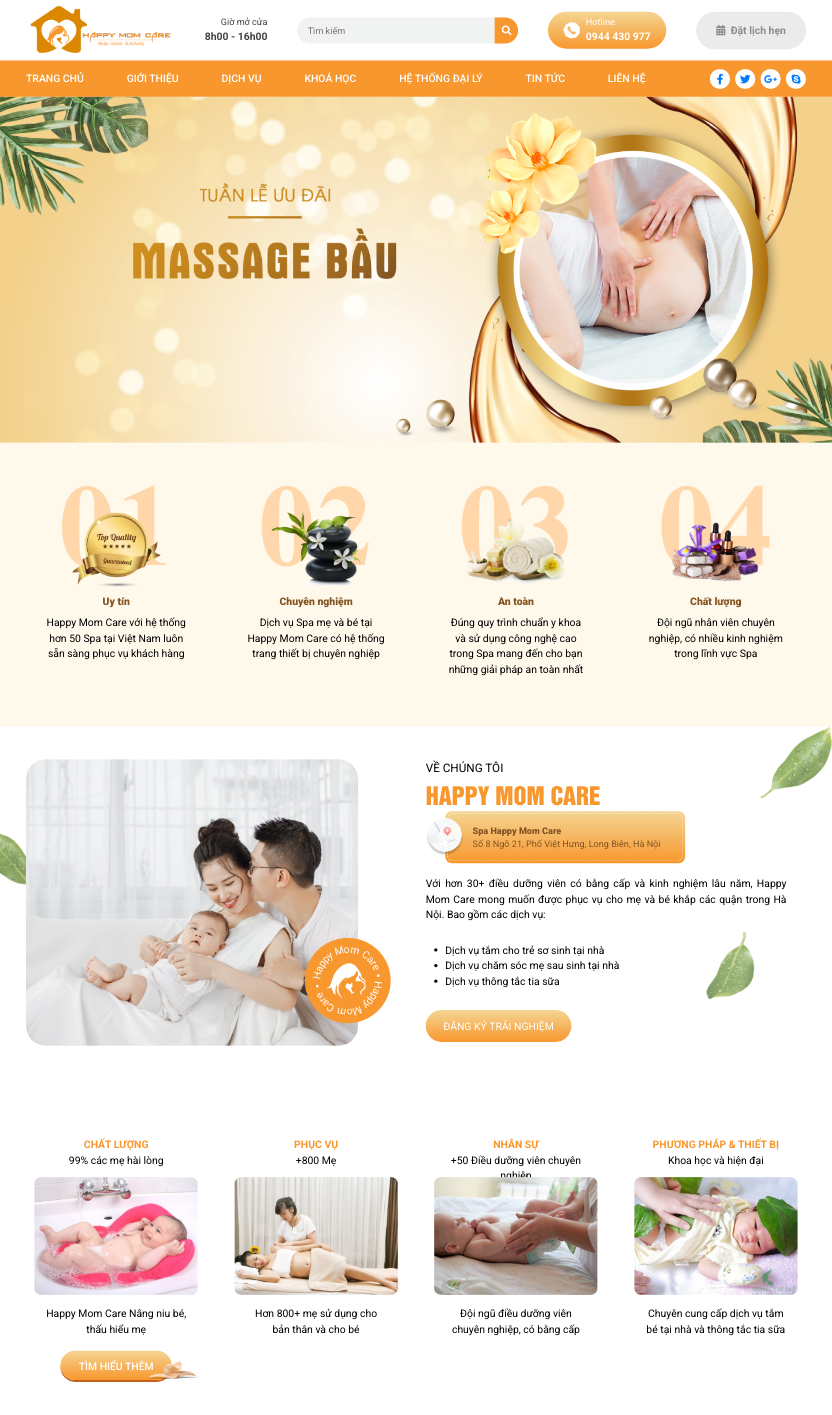
Repository: haianh12082001/happymom
Page: index.html
The author's editor kept a copy of each file at every save. The page is drawn from the files as they stood at one save, then again after the next save.
The browser window is 1280 px wide. The pictures show the whole page, at 65% of full size.
Some web libraries are served in a nearby version. The style sheet was rebuilt from its Sass, Less or Tailwind sources for each picture, by a compiler version that may differ from the author's.

Above is the page before, as saved 2021-11-16 08:45:02.

### index.html
<!DOCTYPE html>
<html lang="en">
    <head>
        <meta charset="UTF-8" />
        <meta http-equiv="X-UA-Compatible" content="IE=edge" />
        <meta name="viewport" content="width=device-width, initial-scale=1.0" />
        <title>Document</title>
        <link href="https://fonts.googleapis.com/css2?family=Roboto:wght@300;400;500;700;900&display=swap" rel="stylesheet" />
        <link rel="stylesheet" href="./assets/fonts/fontawesome-free-5.15.3/css/all.min.css" />
        <link
            rel="stylesheet"
            href="https://cdn.jsdelivr.net/npm/bootstrap@4.6.0/dist/css/bootstrap.min.css"
            integrity="sha384-B0vP5xmATw1+K9KRQjQERJvTumQW0nPEzvF6L/Z6nronJ3oUOFUFpCjEUQouq2+l"
            crossorigin="anonymous"
        />
        <link rel="stylesheet" href="./assets/css/app.css" />
    </head>
    <body>
        <div class="topbar">
            <div class="topbar__container container">
                <div class="topbar__logo">
                    <img src="./assets/img/logo.png" alt="" />
                </div>
                <div class="topbar__openTime">
                    <div class="openTime__text">Giờ mở cửa</div>
                    <div class="openTime__time">8h00 - 16h00</div>
                </div>
                <div class="topbar__seach">
                    <input type="text" name="" id="" placeholder="Tìm kiếm" />
                    <button class="button__seach">
                        <i class="fas fa-search r"></i>
                    </button>
                </div>
                <div class="topbar__hotline">
                    <div class="hotline__icon">
                        <img src="./assets/img/icon__phone.png" alt="" />
                    </div>
                    <div class="hotline__text">
                        <p class="hotline__text--top">Hotline:</p>
                        <p class="hotline__text--bottom">0944 430 977</p>
                    </div>
                </div>
                <div class="topbar__book">
                    <div class="book__icon">
                        <i class="fas fa-calendar-alt"></i>
                    </div>
                    <p class="book__text">Đặt lịch hẹn</p>
                </div>
            </div>
        </div>
        <header class="header">
            <div class="header__container container">
                <ul class="header__list">
                    <li class="header__item">
                        <a href="#" class="header__link">Trang chủ</a>
                    </li>
                    <li class="header__item">
                        <a href="#" class="header__link">Giới thiệu</a>
                    </li>
                    <li class="header__item">
                        <a href="#" class="header__link">Dịch vụ</a>
                    </li>
                    <li class="header__item">
                        <a href="#" class="header__link">Khoá học</a>
                    </li>
                    <li class="header__item">
                        <a href="#" class="header__link">Hệ thống đại lý</a>
                    </li>
                    <li class="header__item">
                        <a href="#" class="header__link">Tin tức</a>
                    </li>
                    <li class="header__item">
                        <a href="#" class="header__link">Liên hệ</a>
                    </li>
                </ul>
                <ul class="header__social">
                    <li>
                        <a href="#">
                            <i class="fab fa-facebook-f"></i>
                        </a>
                    </li>
                    <li>
                        <a href="#">
                            <i class="fab fa-twitter"></i>
                        </a>
                    </li>
                    <li>
                        <a href="#">
                            <i class="fab fa-google-plus-g"></i>
                        </a>
                    </li>
                    <li>
                        <a href="#">
                            <i class="fab fa-skype"></i>
                        </a>
                    </li>
                </ul>
            </div>
        </header>
        <section class="banner">
            <div class="banner__content">
                <div class="banner__img">
                    <img src="./assets/img/banner/Rectangle 28.png" alt="" />
                </div>
                <!-- <div class="banner__phone">
                    <div class="icon">
                        <i class="fas fa-phone-alt"></i>
                    </div>
                    <div class="text">0944 430 977</div>
                </div> -->
            </div>
        </section>
        <section class="bannerAdv">
            <div class="bannerAdv__container container">
                <div class="row">
                    <div class="bannerAdv__item col-lg-3">
                        <div class="bannerAdv__item--top">
                            <div class="text">01</div>
                            <img src="./assets/img/bannerAdv/pngwing 6.png" alt="" />
                        </div>
                        <div class="bannerAdv__item--bottom">
                            <div class="name">Uy tín</div>
                            <p class="des">Happy Mom Care với hệ thống hơn 50 Spa tại Việt Nam luôn sẵn sàng phục vụ khách hàng</p>
                        </div>
                    </div>
                    <div class="bannerAdv__item col-lg-3">
                        <div class="bannerAdv__item--top">
                            <div class="text">02</div>
                            <img src="./assets/img/bannerAdv/pngwing 8.png" alt="" />
                        </div>
                        <div class="bannerAdv__item--bottom">
                            <div class="name">Chuyên nghiệm</div>
                            <p class="des">Dịch vụ Spa mẹ và bé tại Happy Mom Care có hệ thống trang thiết bị chuyên nghiệp</p>
                        </div>
                    </div>
                    <div class="bannerAdv__item col-lg-3">
                        <div class="bannerAdv__item--top">
                            <div class="text">03</div>
                            <img src="./assets/img/bannerAdv/pngwing 9.png" alt="" />
                        </div>
                        <div class="bannerAdv__item--bottom">
                            <div class="name">An toàn</div>
                            <p class="des">Đúng quy trình chuẩn y khoa và sử dụng công nghệ cao trong Spa mang đến cho bạn những giải pháp an toàn nhất</p>
                        </div>
                    </div>
                    <div class="bannerAdv__item col-lg-3">
                        <div class="bannerAdv__item--top">
                            <div class="text">04</div>
                            <img src="./assets/img/bannerAdv/pngwing 10.png" alt="" />
                        </div>
                        <div class="bannerAdv__item--bottom">
                            <div class="name">Chất lượng</div>
                            <p class="des">Đội ngũ nhân viên chuyên nghiệp, có nhiều kinh nghiệm trong lĩnh vực Spa</p>
                        </div>
                    </div>
                </div>
            </div>
        </section>
        <section class="introduce">
            <div class="introduce__container container">
                <div class="row">
                    <div class="col-lg-6">
                        <div class="introduce__img">
                            <img src="./assets/img/Rectangle 33.png" alt="" />
                        </div>
                    </div>
                    <div class="col-lg-6">
                        <div class="introduce__heading">Về chúng tôi</div>
                        <div class="introduce__name">Happy mom care</div>
                        <div class="introduce__address">
                            <div class="introduce__address--img">
                                <img src="./assets/img/Ellipse 29.png" alt="" />
                            </div>
                            <div class="introduce__address--text">
                                <p>Spa Happy Mom Care</p>
                                <span>Số 8 Ngõ 21, Phố Việt Hưng, Long Biên, Hà Nội</span>
                            </div>
                        </div>
                        <div class="introduce__text">
                            <p>
                                Với hơn 30+ điều dưỡng viên có bằng cấp và kinh nghiệm lâu năm, Happy Mom Care mong muốn được phục vụ cho mẹ và bé khắp các quận
                                trong Hà Nội. Bao gồm các dịch vụ:
                            </p>
                            <ul class="text__list">
                                <li>Dịch vụ tắm cho trẻ sơ sinh tại nhà</li>
                                <li>Dịch vụ chăm sóc mẹ sau sinh tại nhà</li>
                                <li>Dịch vụ thông tắc tia sữa</li>
                            </ul>
                        </div>
                        <div class="introduce__btn">
                            <a href="">Đăng ký trải nghiệm</a>
                        </div>
                    </div>
                </div>
            </div>
        </section>
        <section class="blog">
            <div class="blog__container container">
                <div class="row">
                    <div class="blog__item col-lg-3">
                        <div class="blog__name">Chất lượng</div>
                        <div class="blog__subname">99% các mẹ hài lòng</div>
                        <div class="blog__img">
                            <img src="./assets/img/blog/Rectangle 35 (3).png" alt="" />
                        </div>
                        <div class="blog__des">Happy Mom Care Nâng niu bé, thấu hiểu mẹ</div>
                        <div class="blog__btn btn">
                            <a href="">Tìm hiểu thêm</a>
                            <img class="blog__btn--img" src="./assets/img/blog/plant 1.png" alt="" />
                        </div>
                    </div>
                    <div class="blog__item col-lg-3">
                        <div class="blog__name">Phục vụ</div>
                        <div class="blog__subname">+800 Mẹ</div>
                        <div class="blog__img">
                            <img src="./assets/img/blog/Rectangle 35 (4).png" alt="" />
                        </div>
                        <div class="blog__des">Hơn 800+ mẹ sử dụng cho bản thân và cho bé</div>
                    </div>
                    <div class="blog__item col-lg-3">
                        <div class="blog__name">Nhân sự</div>
                        <div class="blog__subname">+50 Điều dưỡng viên chuyên nghiệp</div>
                        <div class="blog__img">
                            <img src="./assets/img/blog/Rectangle 35 (5).png" alt="" />
                        </div>
                        <div class="blog__des">Đội ngũ điều dưỡng viên chuyên nghiệp, có bằng cấp</div>
                    </div>
                    <div class="blog__item col-lg-3">
                        <div class="blog__name">PHƯƠNG PHÁP & THIẾT BỊ</div>
                        <div class="blog__subname">Khoa học và hiện đại</div>
                        <div class="blog__img">
                            <img src="./assets/img/blog/Rectangle 35 (6).png" alt="" />
                        </div>
                        <div class="blog__des">Chuyên cung cấp dịch vụ tắm bé tại nhà và thông tắc tia sữa</div>
                    </div>
                </div>
            </div>
        </section>
        <script type="text/javascript" src="https://code.jquery.com/jquery-1.11.0.min.js"></script>
        <script type="text/javascript" src="https://code.jquery.com/jquery-migrate-1.2.1.min.js"></script>
        <script
            src="https://cdnjs.cloudflare.com/ajax/libs/bootstrap/4.6.0/js/bootstrap.min.js"
            integrity="sha512-XKa9Hemdy1Ui3KSGgJdgMyYlUg1gM+QhL6cnlyTe2qzMCYm4nAZ1PsVerQzTTXzonUR+dmswHqgJPuwCq1MaAg=="
            crossorigin="anonymous"
            referrerpolicy="no-referrer"
        ></script>
        <script type="text/javascript" src="https://cdn.jsdelivr.net/npm/slick-carousel@1.8.1/slick/slick.min.js"></script>
        <script src="./assets/js/main.js"></script>
    </body>
</html>

### assets/sass/app.scss
@import "variables";
@import "reset";
@import "global";
@import "topbar";
@import "header";
@import "banner";
@import "bannerAdv";
@import "introduce";
@import "blog";

### assets/sass/_variables.scss
$font-family: "Roboto", sans-serif;
$color-global: #f8972e;
$text-color: #000000;

### assets/sass/_reset.scss
html {
    box-sizing: border-box;
    scroll-behavior: smooth;
}
* {
    margin: 0;
    padding: 0;
}
*,
*:before,
*:after {
    box-sizing: border-box;
}
input,
textarea,
select,
button {
    outline: none;
}
input {
    line-height: normal;
    outline: none;
    box-shadow: none;
}
input:focus {
    outline: 0;
    border: none;
    box-shadow: none;
}
ul,
li {
    margin: 0;
    padding: 0;
    list-style: none;
}
label,
button {
    cursor: pointer;
}
a {
    text-decoration: none;
    &:hover {
        text-decoration: none;
    }
}
img {
    display: block;
    max-width: 100%;
}

### assets/sass/_global.scss
@font-face {
    font-family: "UTM";
    font-display: swap;
    src: url("../fonts/word/UTM\ HelvetIns.ttf") format("truetype");
}
@font-face {
    font-family: "Time";
    font-display: swap;
    src: url("../fonts/word/timesbd.ttf") format("truetype");
}
body {
    font-family: $font-family;
    margin: 0;
    padding: 0;
    width: 100%;
    font-size: 16px;
    color: $text-color;
}
.container {
    max-width: 1230px;
    margin: 0 auto;
    padding: 0 15px;
}

### assets/sass/_topbar.scss
.topbar {
    height: 93px;
    display: flex;
    align-items: center;
    &__container {
        display: flex;
        align-items: center;
        justify-content: space-between;
    }
    &__logo {
        img {
            max-width: 229px;
            max-height: 84px;
            object-fit: cover;
        }
    }
    &__openTime {
        color: #424242;
        text-align: right;
        .openTime__text {
            font-size: 14px;
            font-weight: 400;
        }
        .openTime__time {
            font-weight: 700;
        }
    }
    &__seach {
        position: relative;
        input {
            width: 340px;
            max-width: 340px;
            background: #f1f2f2;
            padding: 12px 16px;
            font-size: 14px;
            color: #7f808c;
            border: none;
            border-radius: 101px;
        }
        .button__seach {
            position: absolute;
            top: 50%;
            right: 0;
            transform: translateY(-50%);
            border: none;
            width: 36px;
            height: 40px;
            border-radius: 0px 101px 101px 0px;
            background: $color-global;
            i {
                font-size: 15px;
                color: #fff;
            }
        }
    }
    &__hotline {
        background: linear-gradient(180deg, #f4d593 0%, #f8972e 100%);
        border-radius: 50px;
        padding: 6px 24px;
        display: flex;
        .hotline__icon {
            display: flex;
            align-items: center;
            margin-right: 9px;
        }
        .hotline__text {
            p {
                margin-bottom: 0;
                color: #fff;
            }
            &--top {
                font-size: 14px;
                font-weight: 400;
            }
            &--bottom {
                font-weight: 700;
            }
        }
    }
    &__book {
        display: flex;
        align-items: center;
        padding: 17px 31px;
        color: #8b8b8b;
        background: #ebebec;
        border-radius: 100px;
        .book__icon {
            margin-right: 8px;
        }
        .book__text {
            margin-bottom: 0;
            font-weight: 700;
        }
    }
}

### assets/sass/_header.scss
.header {
    // height: 59px;
    background: $color-global;
    &__container {
        display: flex;
        justify-content: space-between;
        align-items: center;
    }
    &__list {
        display: flex;
        justify-content: space-between;
        text-transform: uppercase;
        align-items: center;
        // column-gap: 66px;
    }
    &__item {
        margin-left: 66px;
        padding: 16px 0;
        &:first-child {
            margin-left: 0;
        }
    }
    &__link {
        color: #fff;
        font-weight: 500;
    }
    &__social {
        display: flex;
        align-items: center;
        li {
            width: 31px;
            height: 31px;
            background: #fff;
            border-radius: 50%;
            margin-left: 8px;
            i {
                display: flex;
                height: 100%;
                justify-content: center;
                align-items: center;
            }
        }
    }
}

### assets/sass/_banner.scss
.banner {
    position: relative;
    &__img img {
        width: 100%;
        max-height: 598px;
    }
    &__phone {
        color: #845522;
        display: flex;
        .text {
            font-family: "UTM";
        }
    }
}

### assets/sass/_bannerAdv.scss
.bannerAdv {
    background: #fff9ec;
    padding: 25px 0 60px;
    &__container {
    }
    &__item {
        padding: 0px 46px;
        display: flex;
        flex-direction: column;
        align-items: center;
        &--top {
            position: relative;
            display: inline-block;
            max-width: 180px;
            height: 207px;

            .text {
                color: #ffd7ab;
                font-size: 180px;
                font-weight: 700;
                font-family: "Time";
                line-height: 206px;
            }
            img {
                position: absolute;
                bottom: 10px;
                left: 50%;
                transform: translateX(-50%);
            }
        }
        &--bottom {
            text-align: center;
            .name {
                color: #845522;
                margin-bottom: 9px;
                font-weight: 900;
            }
        }
    }
}

### assets/sass/_blog.scss
.blog {
    padding-top: 40px;
    &__item {
        padding: 40px 28px 55px 28px;
    }
    &__name {
        text-align: center;
        text-transform: uppercase;
        color: $color-global;
        font-weight: 700;
    }
    &__subname {
        text-align: center;
        // margin-bottom: 13px;
        height: 38px;
    }
    &__des {
        text-align: center;
        padding: 17px;
        display: -webkit-box;
        -webkit-line-clamp: 2;
        -webkit-box-orient: vertical;
        overflow: hidden;
        text-overflow: ellipsis;
        word-break: break-word;
        // height: 59px;
    }
    &__btn {
        text-align: center;
        margin-top: 10px;
        position: relative;
        display: inherit;
        a {
            padding: 15px 28px 11px 28px;
            background: linear-gradient(180deg, #f4d593 0%, #f8972e 100%);
            border-radius: 50px;
            text-transform: uppercase;
            color: #fff;
            font-weight: 500;
            box-shadow: 0 3px 0px rgba($color: #c2611c, $alpha: 1);
        }
        &--img {
            position: absolute;
            bottom: 0;
            right: 0;
            transform: translateX(25%);
        }
    }
}

Loaded but not shown: assets/fonts/fontawesome-free-5.15.3/css/all.min.css (library); assets/sass/_introduce.scss (117 lines, source omitted); assets/js/main.js (no copy from this time; the picture is the same without it)

After the next save:
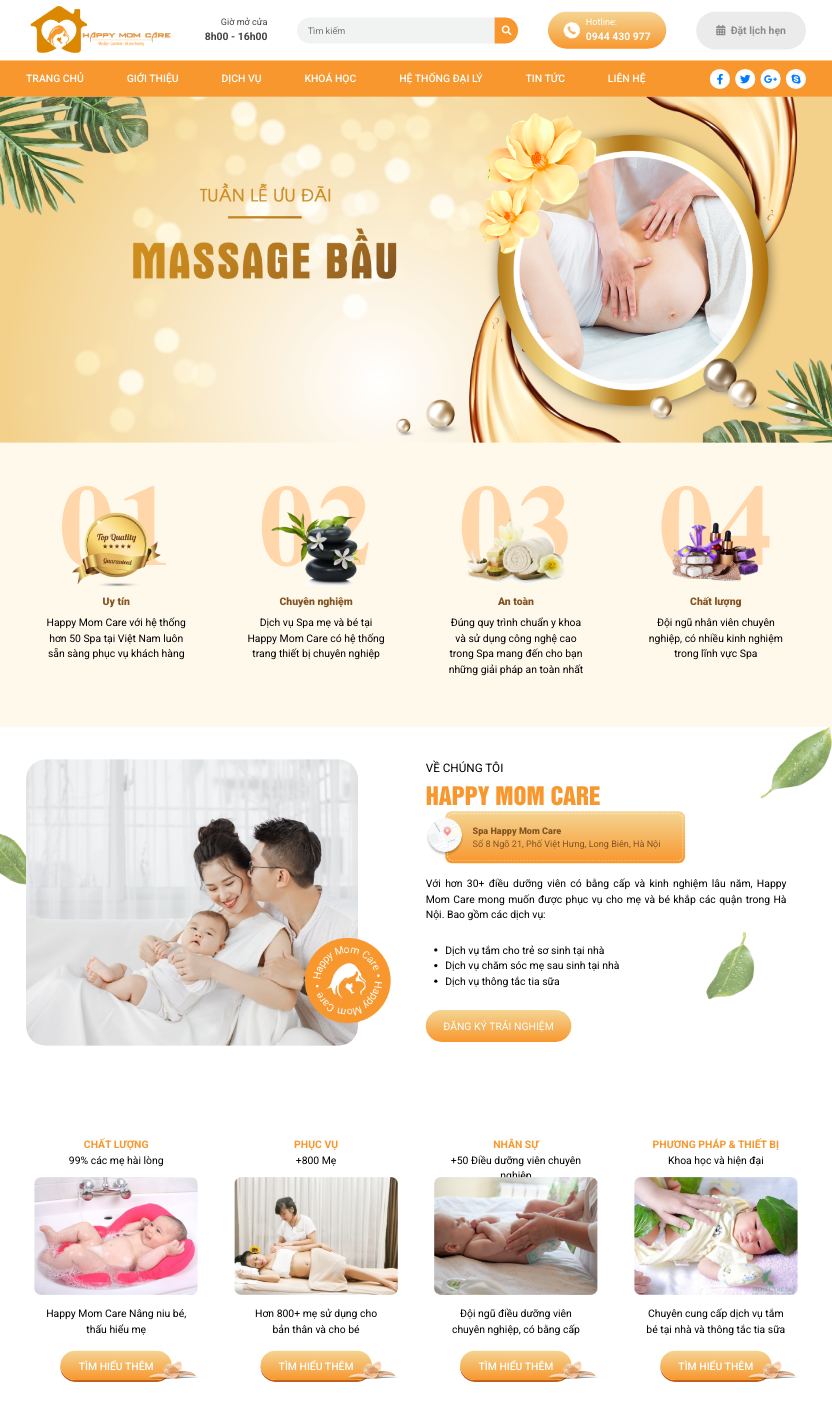
Saved 53 s later.
--- a/index.html
+++ b/index.html
@@ -216,6 +216,10 @@
                             <img src="./assets/img/blog/Rectangle 35 (4).png" alt="" />
                         </div>
                         <div class="blog__des">Hơn 800+ mẹ sử dụng cho bản thân và cho bé</div>
+                        <div class="blog__btn btn">
+                            <a href="">Tìm hiểu thêm</a>
+                            <img class="blog__btn--img" src="./assets/img/blog/plant 1.png" alt="" />
+                        </div>
                     </div>
                     <div class="blog__item col-lg-3">
                         <div class="blog__name">Nhân sự</div>
@@ -224,6 +228,10 @@
                             <img src="./assets/img/blog/Rectangle 35 (5).png" alt="" />
                         </div>
                         <div class="blog__des">Đội ngũ điều dưỡng viên chuyên nghiệp, có bằng cấp</div>
+                        <div class="blog__btn btn">
+                            <a href="">Tìm hiểu thêm</a>
+                            <img class="blog__btn--img" src="./assets/img/blog/plant 1.png" alt="" />
+                        </div>
                     </div>
                     <div class="blog__item col-lg-3">
                         <div class="blog__name">PHƯƠNG PHÁP & THIẾT BỊ</div>
@@ -232,6 +240,10 @@
                             <img src="./assets/img/blog/Rectangle 35 (6).png" alt="" />
                         </div>
                         <div class="blog__des">Chuyên cung cấp dịch vụ tắm bé tại nhà và thông tắc tia sữa</div>
+                        <div class="blog__btn btn">
+                            <a href="">Tìm hiểu thêm</a>
+                            <img class="blog__btn--img" src="./assets/img/blog/plant 1.png" alt="" />
+                        </div>
                     </div>
                 </div>
             </div>
